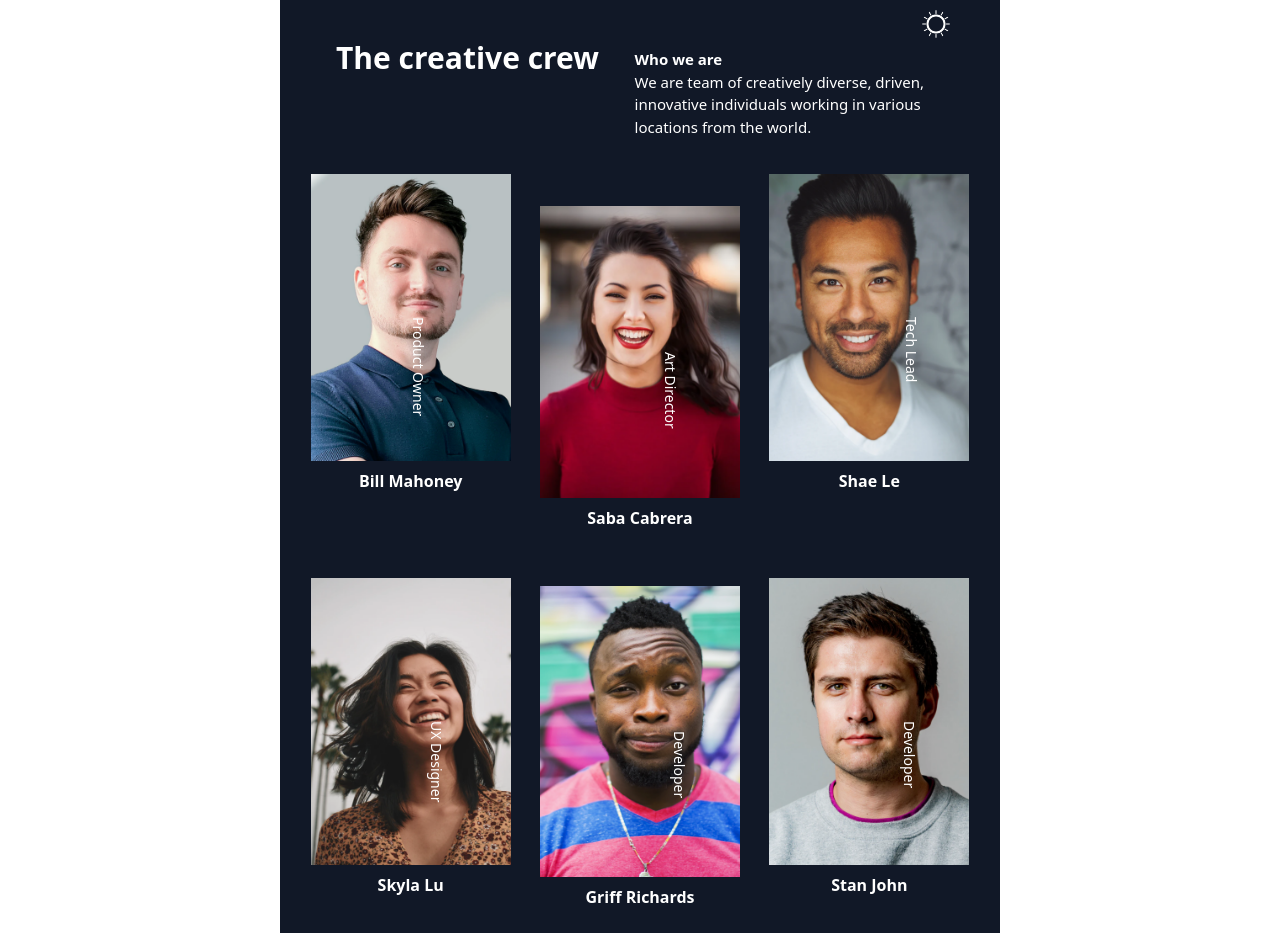
Repository: Alzate1075/Funval-G3-N2
Page: /
The author's editor kept a copy of each file at every save. The page is drawn from the files as they stood at one save, then again after the next save.
The browser window is 1280 px wide. The pictures show the whole page.
The project was rebuilt for these pictures with package versions that can differ from the ones it lists, and the page was loaded fresh each time. Also part of the build but not shown: vite.config.js.

Above is the page before, as saved 2025-07-02 23:51:59.

### index.html
<!DOCTYPE html>
<html lang="en">
  <head>
    <meta charset="UTF-8" />
    <link rel="icon" type="image/svg+xml" href="/vite.svg" />
    <meta name="viewport" content="width=device-width, initial-scale=1.0" />
    <link rel="stylesheet" href="./src/index.css" />
    <title>Vite + React</title>
  </head>
  <body>
    <div id="root"></div>
    <script type="module" src="/src/main.jsx"></script>
  </body>
</html>

### src/App.jsx
import React from "react";
import { TeamCard } from "./components/TeamCard";
import miArray from "./components/ArrayTeams";

function App() {
  return (
    <div className="md:bg-[#111827] p-2 md:mx-70">
      <div className="flex justify-end mr-10">
        <img src="/images/sol.png" alt="sol" className="w-8" />
      </div>
      <div className="flex justify-end">
        <img src="/images/luna.png" alt="luna" className="w-8 md:hidden" />
      </div>
      <div className="md:text-white text-black text-center md:flex md:justify-between md:mx-12">
        <h1 className="text-3xl font-bold">The creative crew</h1>
        <p className="text-[15px] mt-2 max-w-md md:text-md text-wrap text-left m-5">
          <b>Who we are</b>
          <br />
          We are team of creatively diverse, driven, <br /> innovative
          individuals working in various <br /> locations from the world.
        </p>
      </div>

      <div className="md:bg-[#111827] grid grid-cols-2 md:grid-cols-3 gap-x-4 gap-y-6 p-4">
        {miArray.map((persona, index) => (
          <TeamCard
            key={index}
            name={persona.name}
            role={persona.role}
            image={persona.image}
            extraClass={`${index % 2 === 1 ? "mt-6" : ""} ${
              index % 3 === 1 ? "md:mt-8" : ""
            }`}
          />
        ))}
      </div>
    </div>
  );
}

export default App;

### src/components/TeamCard.jsx
import React from "react";
export function TeamCard(props) {
  return (
    <div className={`${props.extraClass}`}>
      <div className="text-black md:text-white md:flex md:items-center md:justify-center gap-2 relative">
        <img src={props.image} alt={props.name} className="md:w-[200px] w-20" />
        <span className="absolute right-0 top-1/2 -translate-y-1/2 rotate-90 origin-left text-sm">
          {props.role}
        </span>
      </div>
      <div className="md:text-white text-center mt-2">
        <h3 className="font-semibold">{props.name}</h3>
      </div>
    </div>
  );
}

### src/components/ArrayTeams.jsx
import React from "react";
const miArray = [
  {
    name: "Bill Mahoney",
    role: "Product Owner",
    image: "/images/photo1.png",
  },
  {
    name: "Saba Cabrera",
    role: "Art Director",
    image: "/images/photo2.png",
  },
  {
    name: "Shae Le",
    role: "Tech Lead",
    image: "/images/photo3.png",
  },
  {
    name: "Skyla Lu",
    role: "UX Designer",
    image: "/images/photo4.png",
  },
  {
    name: "Griff Richards",
    role: "Developer",
    image: "/images/photo5.png",
  },
  {
    name: "Stan John",
    role: "Developer",
    image: "/images/photo6.png",
  },
];

export default miArray;

Loaded but not shown: src/index.css (common file); src/main.jsx (common file)

After the next save:
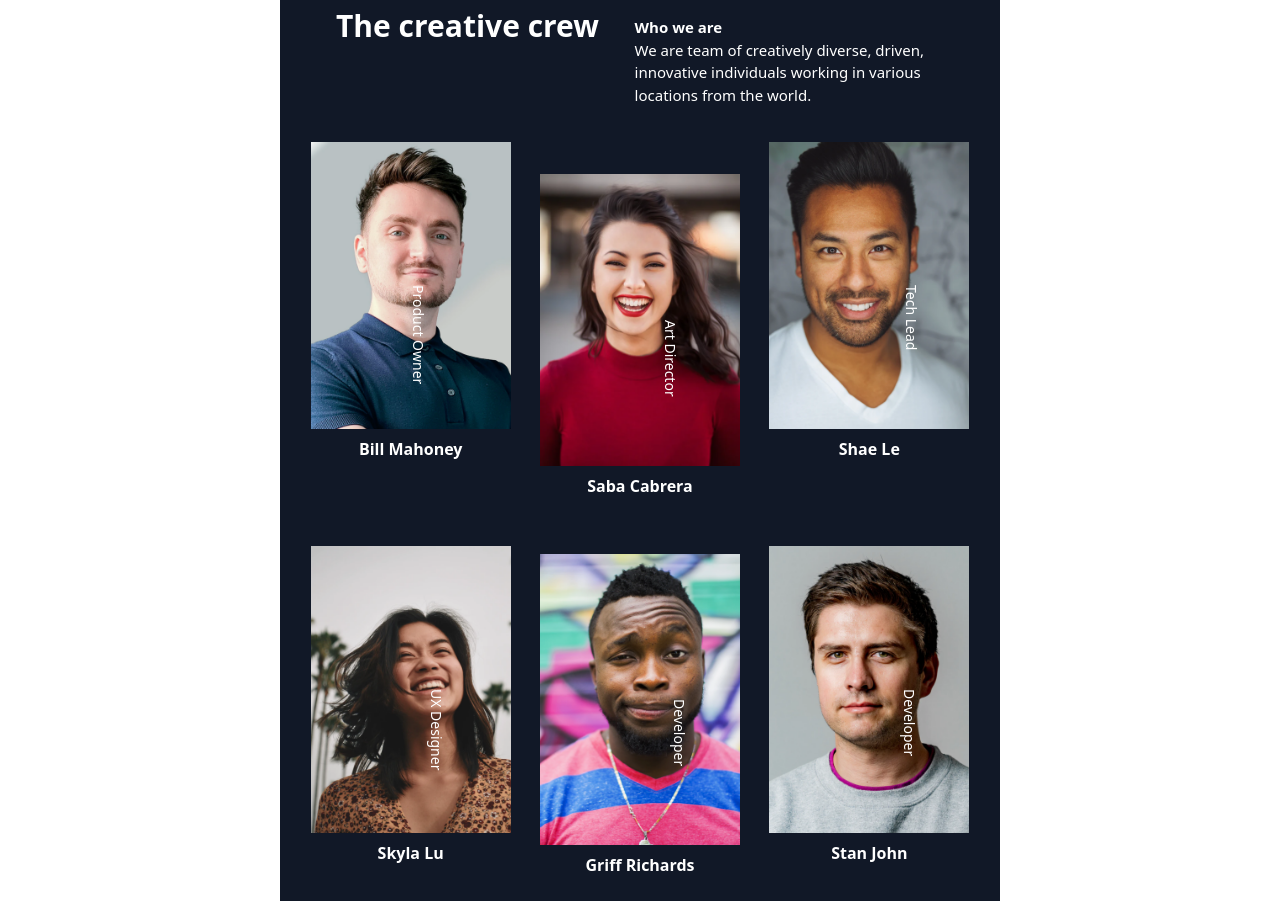
Saved 15 s later.
--- a/src/App.jsx
+++ b/src/App.jsx
@@ -6,7 +6,7 @@
   return (
     <div className="md:bg-[#111827] p-2 md:mx-70">
       <div className="flex justify-end mr-10">
-        <img src="/images/sol.png" alt="sol" className="w-8" />
+        <img src="/images/sol.png" alt="sol" className="w-8 sm:hidden" />
       </div>
       <div className="flex justify-end">
         <img src="/images/luna.png" alt="luna" className="w-8 md:hidden" />

After the save that followed:
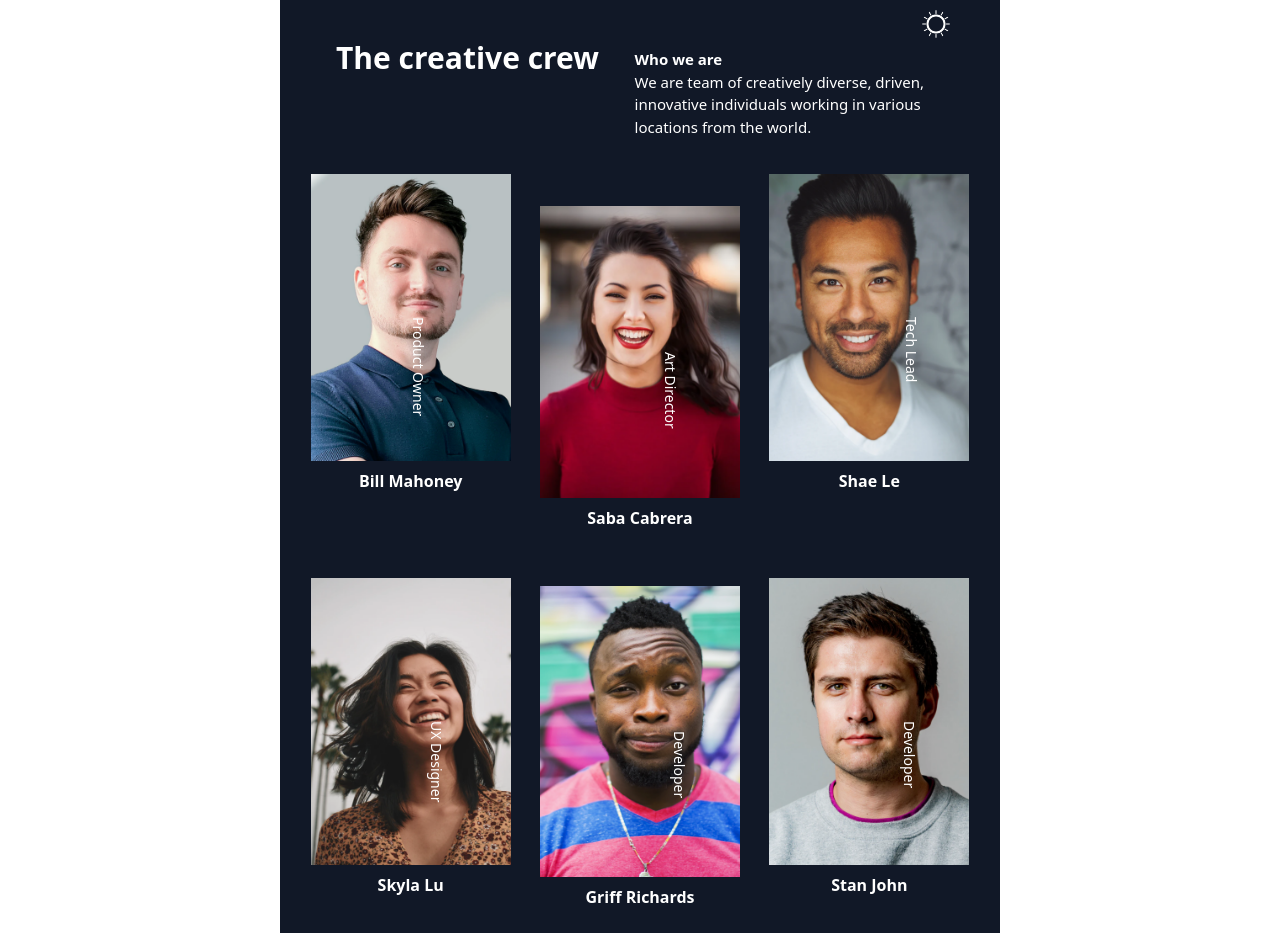
Saved 8 s later.
--- a/src/App.jsx
+++ b/src/App.jsx
@@ -6,7 +6,7 @@
   return (
     <div className="md:bg-[#111827] p-2 md:mx-70">
       <div className="flex justify-end mr-10">
-        <img src="/images/sol.png" alt="sol" className="w-8 sm:hidden" />
+        <img src="/images/sol.png" alt="sol" className="w-8" />
       </div>
       <div className="flex justify-end">
         <img src="/images/luna.png" alt="luna" className="w-8 md:hidden" />
